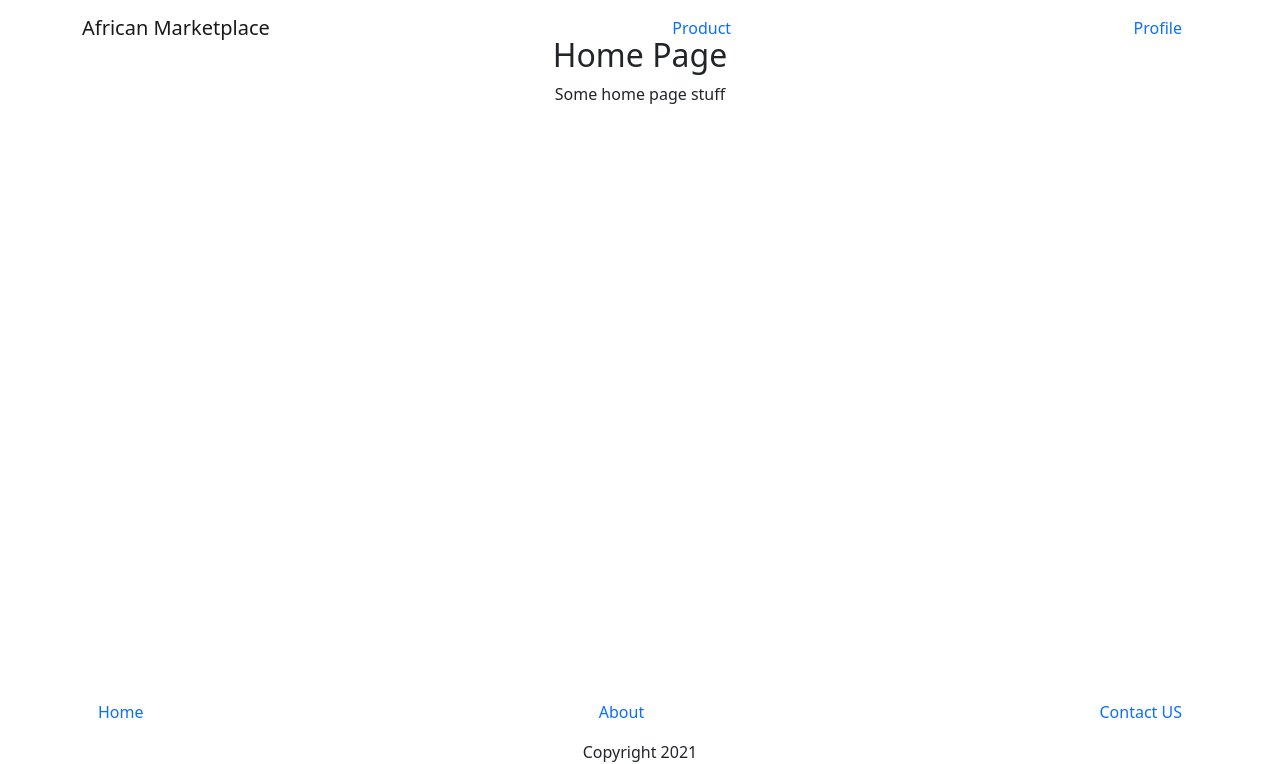
Repository: NelsonMaldonado/AfricanMarketplace
Page: / (app in african-marketplace/)
These files come from the project's save history. The page is drawn as it stood at one moment and after a run of saves; the edit follows.
The browser window is 1280 px wide. The pictures show the whole page.
The project was rebuilt for these pictures with package versions that can differ from the ones it lists, and the page was loaded fresh each time. Also part of the build but not shown: african-marketplace/src/component/404.js, african-marketplace/src/page/about.js, african-marketplace/src/page/product.js, african-marketplace/src/page/profile.js, african-marketplace/src/page/contact.js.

Above is the page before, as saved 2021-08-23 08:31:47.

After the next 2 saves:
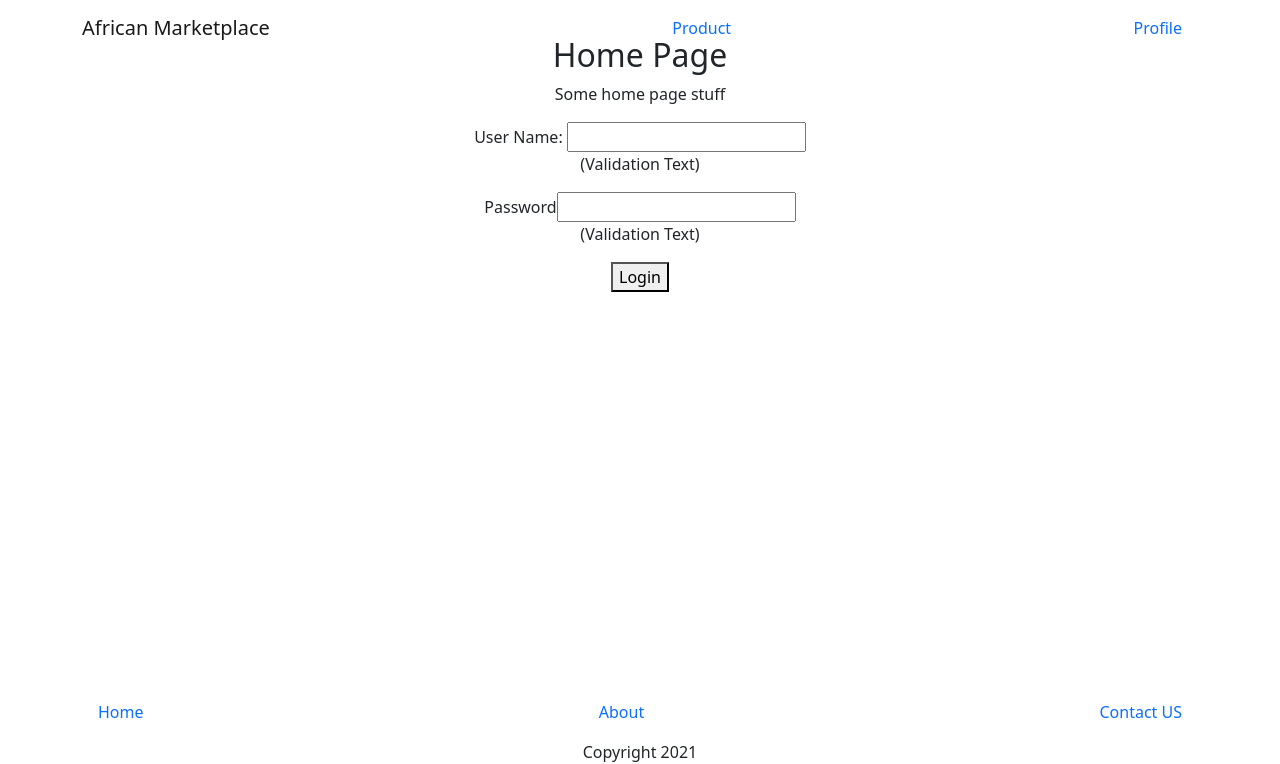
The 2 saves are shown as one change because they came seconds apart.
The last was saved 7 s later.
--- a/african-marketplace/src/page/home.js
+++ b/african-marketplace/src/page/home.js
@@ -11,7 +11,7 @@ export default function HomePage(props) {
       </div>
 
       <div>
-
+        <Form_Login />
       </div>
     </div>
   );
